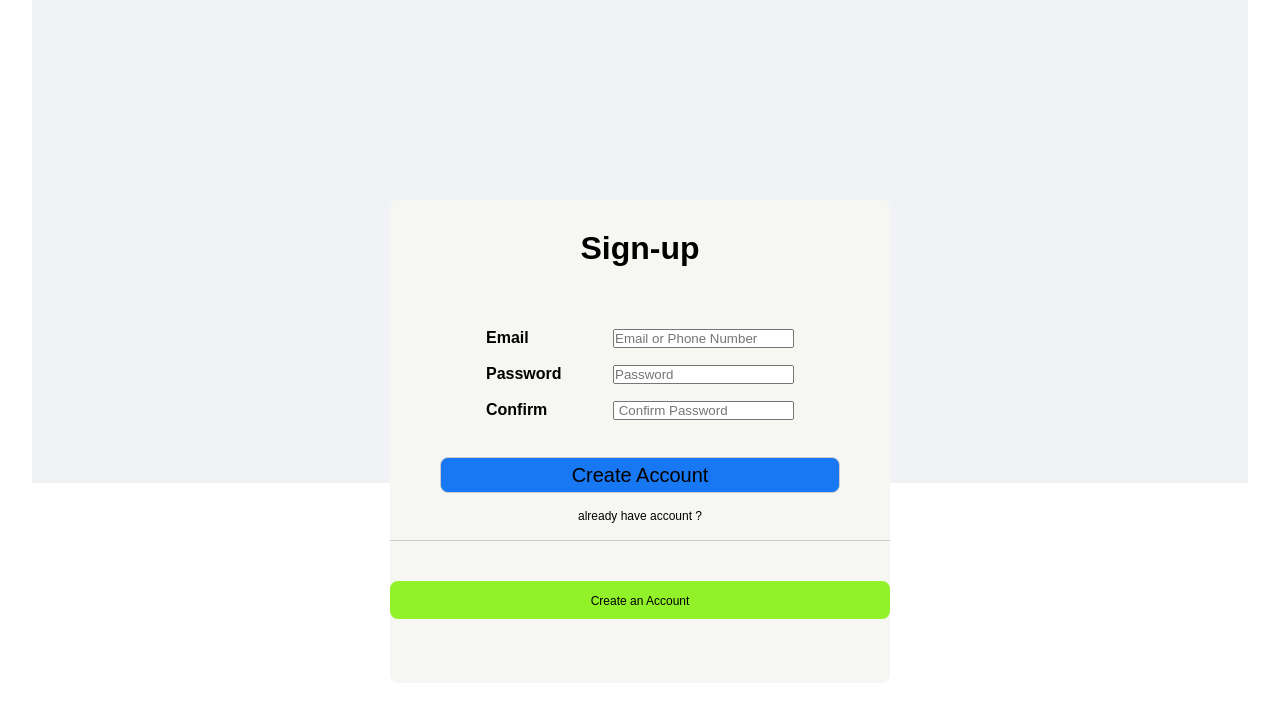
Repository: Naohonproject/web101x02_asm1
Page: Signup.html
The author's editor kept a copy of each file at every save. The page is drawn from the files as they stood at one save, then again after a run of saves.
The browser window is 1280 px wide. The pictures show the whole page.

Above is the page before, as saved 2022-01-16 00:26:37.

After the next 2 saves:
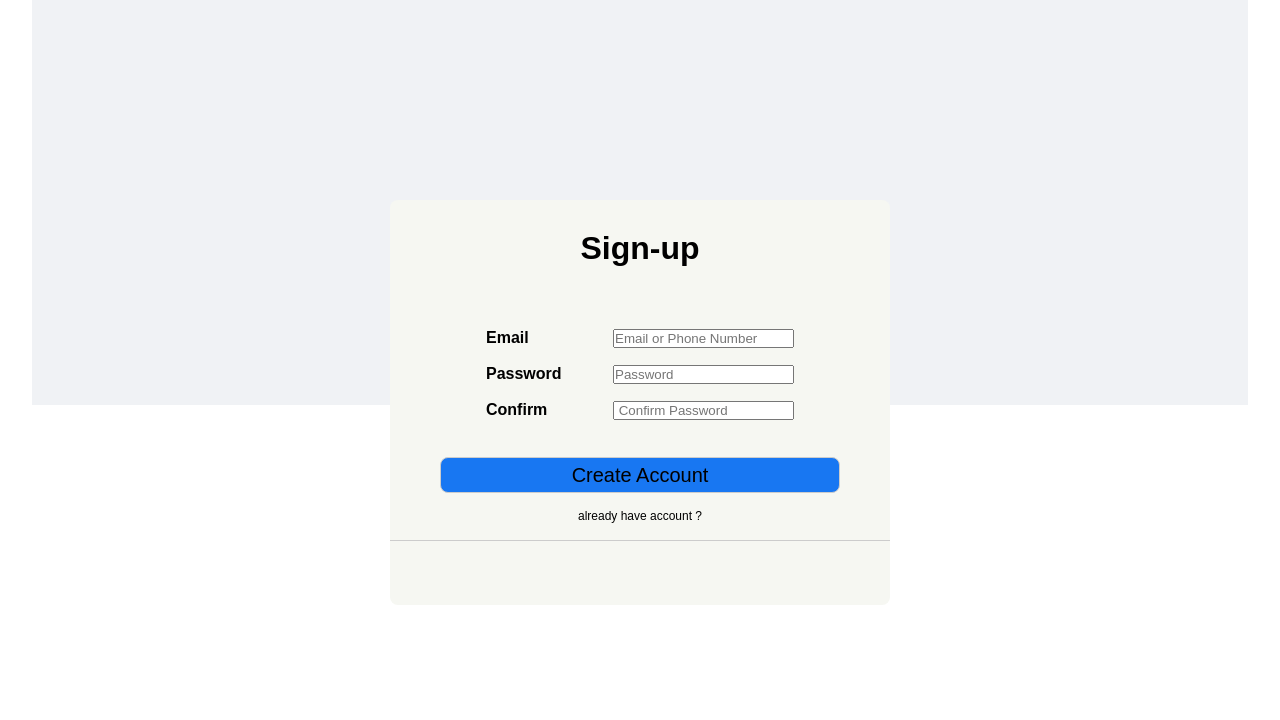
The 2 saves are shown as one change because they came seconds apart.
The last was saved 17 s later.
--- a/Signup.html
+++ b/Signup.html
@@ -59,8 +59,6 @@
 						<div class="forgotten">
 							<a href="login.html">already have account ?</a>
 						</div>
-						<div class="Create-acc">
-							<a href="Signup.html" target="_blank">Create an Account</a>
 						</div>
 					</div>
 				</div>
